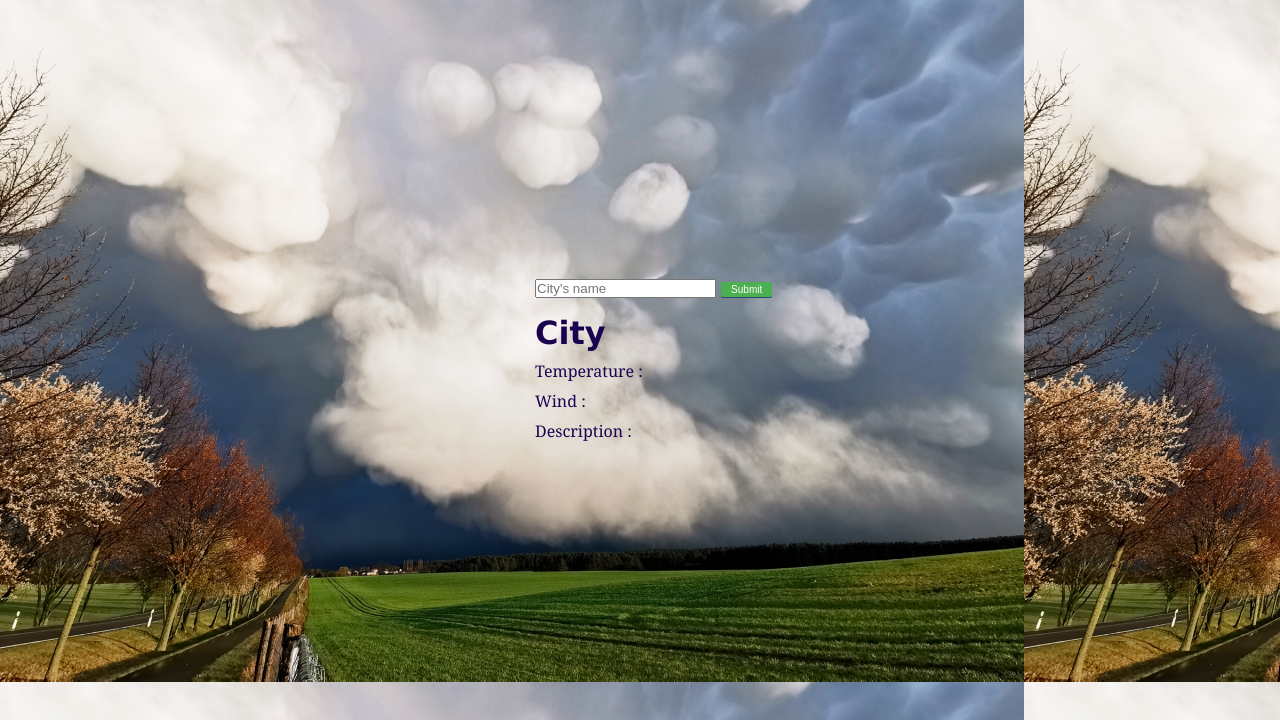
Repository: heartbreathing/searchWeather
Page: index.html
These files come from the project's save history. The page is drawn as it stood at one moment and after the next save; the edit follows.
The browser window is 1280 px wide. The pictures show the whole page.

Above is the page before, as saved 2022-11-06 22:58:03.

After the next save:
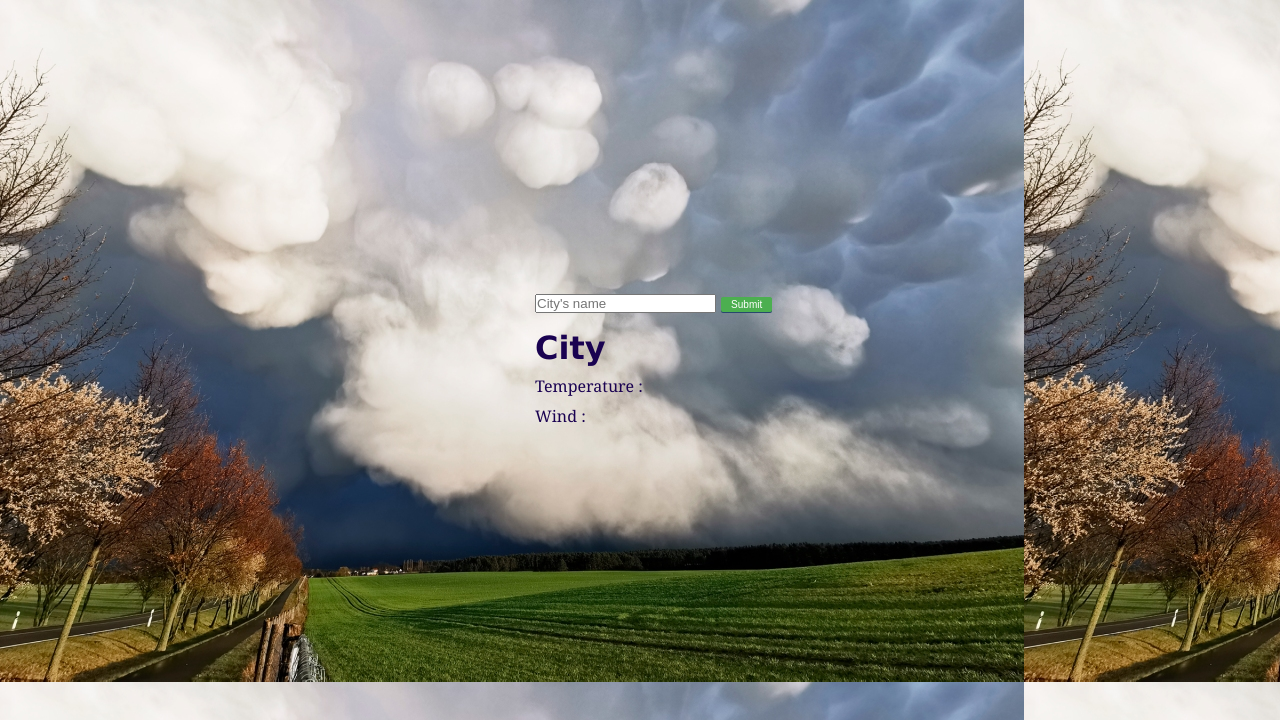
Saved 16 s later.
--- a/index.html
+++ b/index.html
@@ -19,7 +19,7 @@
         Temperature : <span class="temperature"></span>
       </p>
       <p class="content_line">Wind :<span class="wind"></span></p>
-      <p class="content_line">Description :<span class="description"></span></p>
+
     </div>
 
     <script src="index.js"></script>
